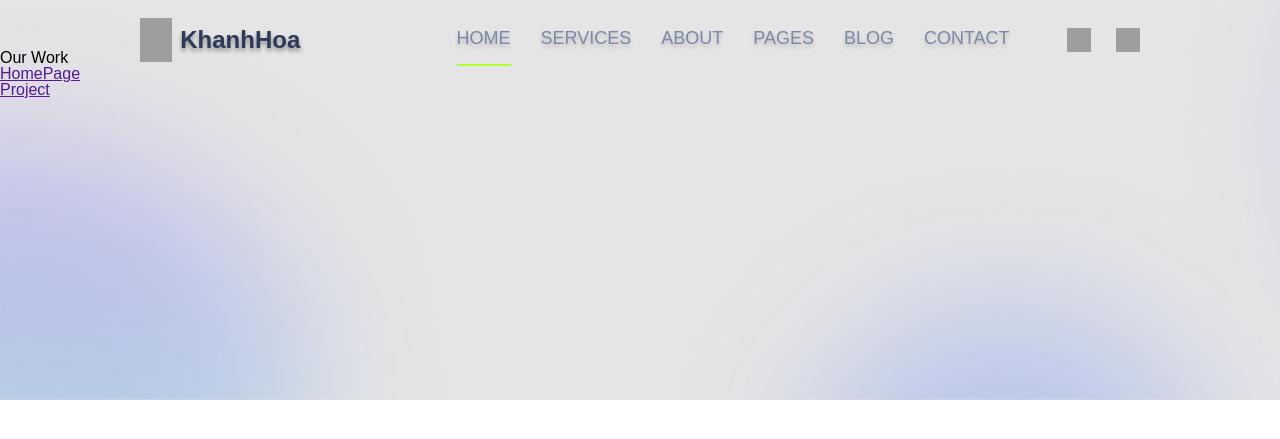
Repository: 0584386177/Clone
Page: src/pr.html
These files come from the project's save history. The page is drawn as it stood at one moment and after the next save; the edit follows.
The browser window is 1280 px wide. The pictures show the whole page.
Pictures or frames that could not be fetched are drawn as grey boxes. The style sheet was rebuilt from its Sass, Less or Tailwind sources for each picture, by a compiler version that may differ from the author's.

Above is the page before, as saved 2023-09-27 15:36:55.

### src/pr.html
<!DOCTYPE html>
<html lang="en">
  <head>
    <meta charset="UTF-8" />
    <meta name="viewport" content="width=device-width, initial-scale=1.0" />
    <link rel="stylesheet" href="/src/sass/pr.css" />
    <title>Document</title>
  </head>
  <body>
    <div class="container">
      <!-- HEADER -->
      <div class="header">
        <nav>
          <div class="header--top">
            <div class="header--top_logo">
              <img
                class="logo--image"
                src="/assets/images/Frame (1).png"
                alt="logo"
              />
              <h5 class="logo--title">KhanhHoa</h5>
            </div>
            <div class="header--top_menu">
              <ul class="menu--items">
                <li class="menu--item item1 active"><a href="#">HOME</a></li>
                <li class="menu--item item2"><a href="#">SERVICES</a></li>
                <li class="menu--item item3"><a href="#">ABOUT</a></li>
                <li class="menu--item item4"><a href="#">PAGES</a></li>
                <li class="menu--item item5"><a href="#">BLOG</a></li>
                <li class="menu--item item6"><a href="#">CONTACT</a></li>
              </ul>
            </div>
            <div class="header--top_features">
              <img
                class="feature--search"
                src="/assets/images/Search.png"
                alt=""
              />
              <img class="feature--cart" src="/assets/images/Bag 2.png" alt="" />
            </div>
          </div>
        </nav>


        <div class="header--footer">
          <div class="header--footer_top">
            <h1>Our Work</h1>
          </div>
          <div class="header--footer_bottom">
            <ul>
              <li><a href="">HomePage</a></li>
              <li><a href="">Project</a></li>
            </ul>
          </div>
        </div>
      </div>
    </div>
  </body>
</html>

### src/sass/pr.scss
@import "reset";
@import "header";

### src/sass/reset.scss
*,
*:before,
*:after {
  box-sizing: border-box;

}
* {
  margin: 0;
  padding: 0;
  font: inherit;
  font-family: sans-serif;
}
img,
picture,
svg,
video {
  display: block;
  max-width: 100%;
}
input,
select,
textarea {
  background-color: transparent;
  outline: none;
}
button {
  cursor: pointer;
  background-color: transparent;
  outline: none;
  border: 0;
}
body {
  min-height: 100vh;
  font-weight: 400;
  font-size: 16px;
  line-height: 1;
}
.container{
  max-width: 1920px;
  margin: 0 auto;
}

### src/sass/header.scss
$primary--color: #2D3958;
$secondary--color: #7B88A8;
  .header{
    width: 100%;
    max-width: 100%;
    min-height: 400px;
    background-image: url(/assets/images/bkg.png);
    background-repeat: no-repeat;
    background-size: cover;
    position: relative;

  }
  .header nav{
    height: 50px;
    margin: 0 auto;
    line-height: 50px;
  }

  .header--top{
    display: flex;
    justify-content: space-evenly;
    align-items: center;
    width: 100%;
    padding-top: 13px;
  }

.header--top_logo{
  width: 176px;
  height: 44px;
  display: flex;
  align-items: center;
  gap: 8px;

}

.logo--image{
  width: 32px;
  height: 44px;
  object-fit: cover;
  flex-shrink: 0;
}

.logo--title{
  color: $primary--color;
  font-size: 24px;
  font-weight: 600;
  text-shadow: 0 3px 4px rgba(0,0,0,0.4);
}
.header--top_menu{
  width: 470px;
}
.menu--items{
  display: flex;
  list-style-type: none;
  gap: 30px;
}
.menu--item{

}

.menu--item a{
  text-decoration: none;
  color: $secondary--color ;
  text-shadow: 0 3px 4px rgba(0,0,0,0.2);
  font-size: 18px;

}
.menu--item.active{
  border-bottom: 2px solid greenyellow;
}

.header--top_features{
  display: flex;
  gap: 25px;
  *{
    object-fit: cover;
    flex-shrink: 0;
    width: 24px;
    height: 24px;
    cursor: pointer;
  }
}

After the next save:
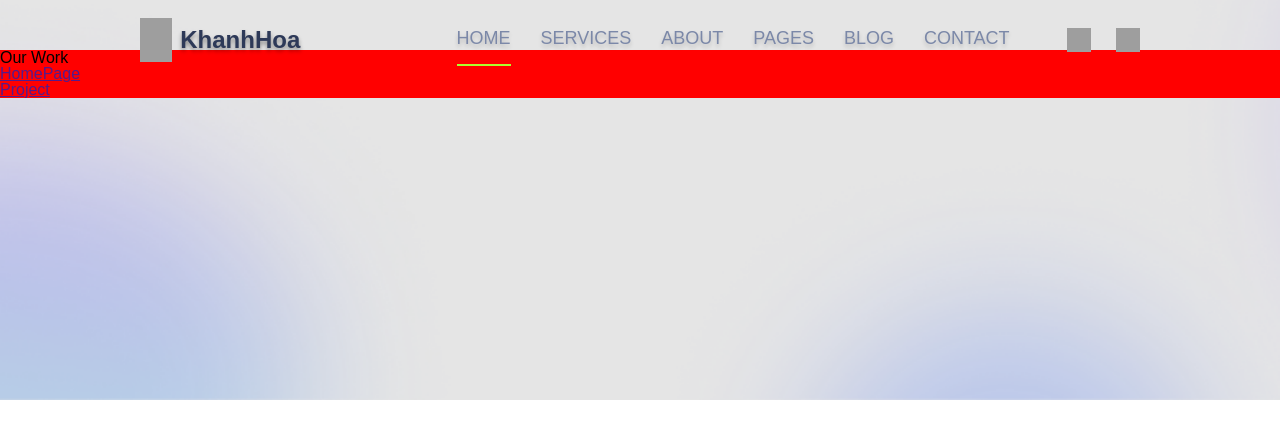
Saved 20 s later.
--- a/src/sass/header.scss
+++ b/src/sass/header.scss
@@ -80,3 +80,7 @@ $secondary--color: #7B88A8;
     cursor: pointer;
   }
 }
+
+.header--footer{
+  background-color: red;
+}

After the 2 saves that followed:
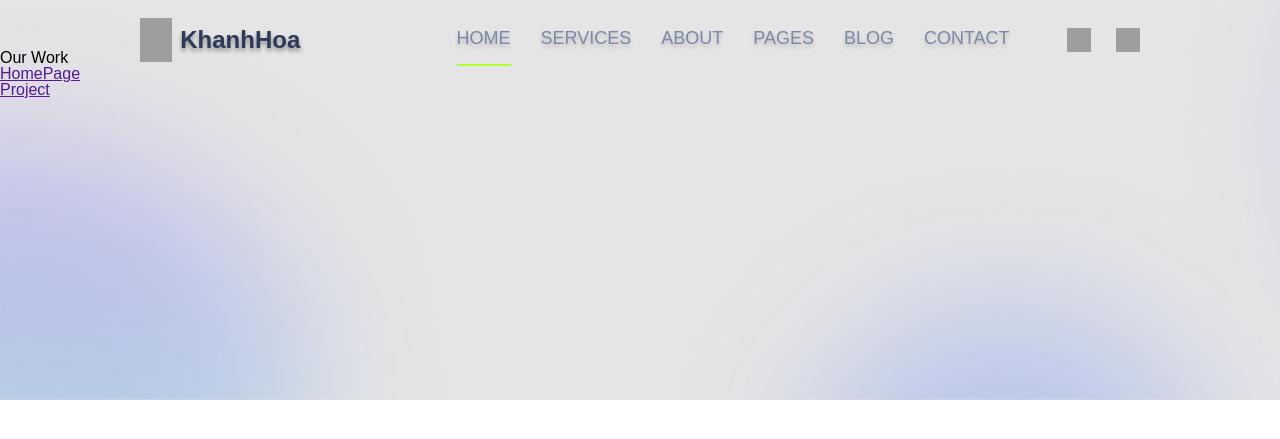
The 2 saves are shown as one change because they came seconds apart.
The last was saved 9 s later.
--- a/src/sass/header.scss
+++ b/src/sass/header.scss
@@ -82,5 +82,5 @@ $secondary--color: #7B88A8;
 }
 
 .header--footer{
-  background-color: red;
+  position: absolute;
 }
